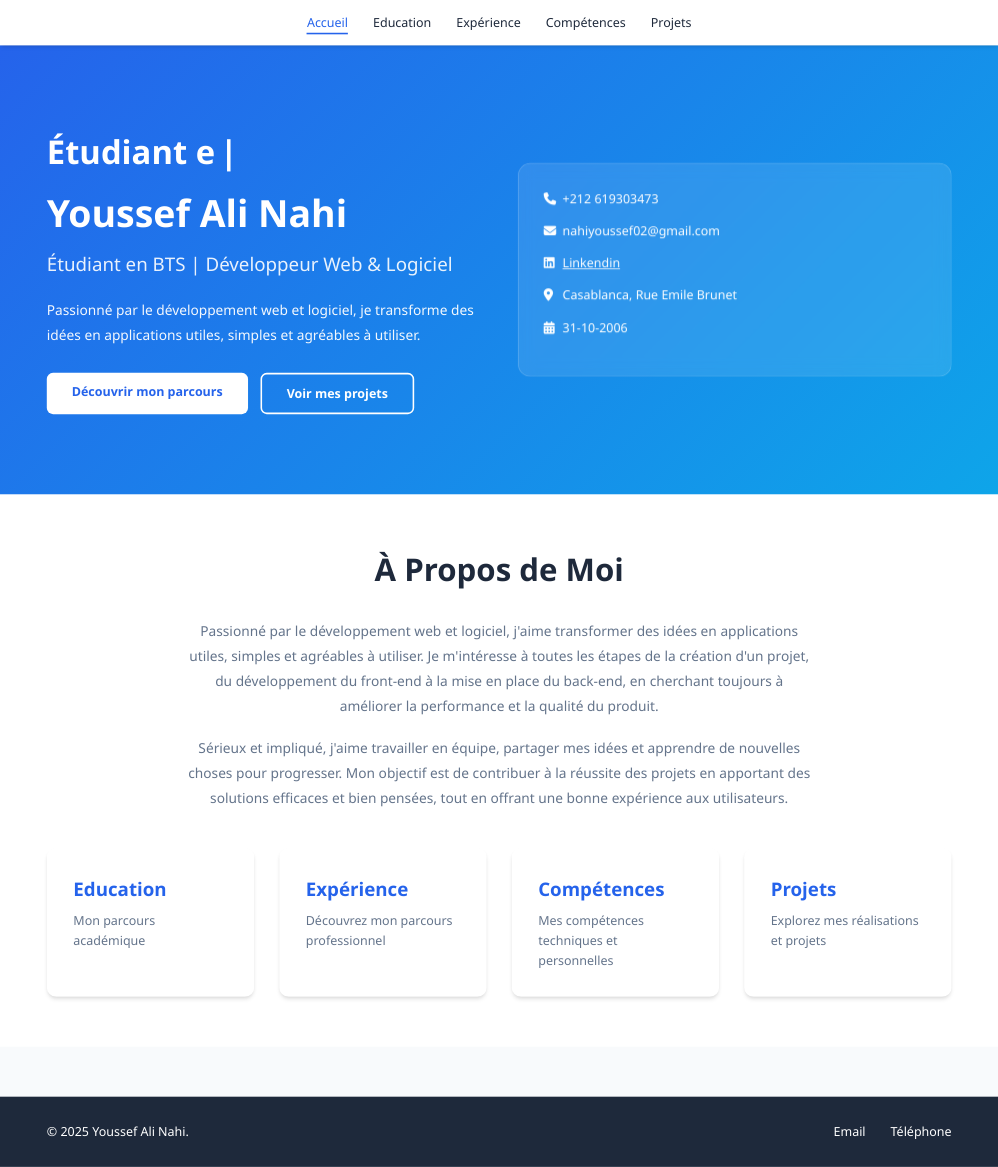
Repository: Youssef-Nahi504/My_Portfolio
Page: index.html
An editor plug-in stored every save of this project. The page is shown before and after the next save, followed by the edit.
The browser window is 1280 px wide. The pictures show the whole page, at 78% of full size.

Above is the page before, as saved 2025-12-21 13:58:46.

### index.html
<!DOCTYPE html>
<html lang="fr">

<head>
    <meta charset="UTF-8">
    <meta name="viewport" content="width=device-width, initial-scale=1.0">
    <title>Youssef Ali Nahi - Portfolio</title>
    <link rel="stylesheet" href="style.css">
    <link rel="stylesheet" href="https://cdnjs.cloudflare.com/ajax/libs/font-awesome/6.5.1/css/all.min.css">
</head>

<body>
    <nav class="navbar">
        <div class="nav-container">
            <ul class="nav-menu">
                <li><a href="index.html" class="active">Accueil</a></li>
                <li><a href="Education.html">Education</a></li>
                <li><a href="experience.html">Expérience</a></li>
                <li><a href="competences.html">Compétences</a></li>
                <li><a href="projets.html">Projets</a></li>
            </ul>
        </div>
    </nav>

    <main>
        <section class="hero">
            <div class="hero-content">
                <div class="hero-text">
                    <h1 id="typing-text"></h1>
                    <h1>Youssef Ali Nahi</h1>
                    <h2>Étudiant en BTS | Développeur Web & Logiciel</h2>
                    <p class="hero-subtitle">Passionné par le développement web et logiciel, je transforme des idées en
                        applications utiles, simples et agréables à utiliser.</p>
                    <div class="hero-buttons">
                        <a href="experience.html" class="btn btn-primary">Découvrir mon parcours</a>
                        <a href="projets.html" class="btn btn-secondary">Voir mes projets</a>
                    </div>
                </div>
                <div class="hero-image">
                    <div class="profile-card">
                        <div class="profile-info">
                            <p><i class="fa-solid fa-phone" style="width: 20px;"></i> +212 619303473</p>
                            <p> <i class="fa-solid fa-envelope" style="width: 20px;"></i> nahiyoussef02@gmail.com</p>
                            <p><i class="fa-brands fa-linkedin" style="width: 20px;"></i> <a href="https://www.linkedin.com/in/youssefalinahi02/" target="_blank" style="color: white;">Linkendin</a></p>
                            <p><i class="fa-solid fa-location-dot" style="width: 20px;"></i> Casablanca, Rue Emile Brunet</p>
                            <p><i class="fa-solid fa-calendar-days" style="width: 20px;"></i> 31-10-2006</p>

                        </div>
                    </div>
                </div>
            </div>
        </section>

        <section class="about">
            <div class="container">
                <h2 class="section-title">À Propos de Moi</h2>
                <div class="about-content">
                    <p>
                        Passionné par le développement web et logiciel, j'aime transformer des idées en applications
                        utiles, simples et agréables à utiliser. Je m'intéresse à toutes les étapes de la création d'un
                        projet, du développement du front-end à la mise en place du back-end, en cherchant toujours à
                        améliorer la performance et la qualité du produit.
                    </p>
                    <p>
                        Sérieux et impliqué, j'aime travailler en équipe, partager mes idées et apprendre de nouvelles
                        choses pour progresser. Mon objectif est de contribuer à la réussite des projets en apportant
                        des solutions efficaces et bien pensées, tout en offrant une bonne expérience aux utilisateurs.
                    </p>
                </div>
                <div class="quick-links">
                    <a href="Education.html" class="quick-link-card">
                        <h3>Education</h3>
                        <p>Mon parcours académique</p>
                    </a>

                    <a href="experience.html" class="quick-link-card">
                        <h3>Expérience</h3>
                        <p>Découvrez mon parcours professionnel</p>
                    </a>
                    <a href="competences.html" class="quick-link-card">
                        <h3>Compétences</h3>
                        <p>Mes compétences techniques et personnelles</p>
                    </a>
                    <a href="projets.html" class="quick-link-card">
                        <h3>Projets</h3>
                        <p>Explorez mes réalisations et projets</p>
                    </a>
                </div>
            </div>
        </section>
    </main>

    <footer>
        <div class="container">
            <p>&copy; 2025 Youssef Ali Nahi.</p>
            <div class="footer-links">
                <a href="mailto:nahiyoussef02@gmail.com">Email</a>
                <a href="tel:+212619303473">Téléphone</a>
            </div>
        </div>
    </footer>

    <script src="file.js"></script>
</body>

</html>

### style.css
* {
    margin: 0;
    padding: 0;
    box-sizing: border-box;
}

:root {
    --primary-color: #2563eb;
    --primary-dark: #1e40af;
    --secondary-color: #64748b;
    --accent-color: #0ea5e9;
    --text-dark: #1e293b;
    --text-light: #64748b;
    --bg-light: #f8fafc;
    --bg-white: #ffffff;
    --border-color: #e2e8f0;
    --shadow: 0 4px 6px -1px rgba(0, 0, 0, 0.1), 0 2px 4px -1px rgba(0, 0, 0, 0.06);
    --shadow-lg: 0 10px 15px -3px rgba(0, 0, 0, 0.1), 0 4px 6px -2px rgba(0, 0, 0, 0.05);
}

body {
    font-family: 'Segoe UI', Tahoma, Geneva, Verdana, sans-serif;
    line-height: 1.6;
    color: var(--text-dark);
    background-color: var(--bg-light);
}

.container {
    max-width: 1200px;
    margin: 0 auto;
    padding: 0 20px;
}

/* Navigation */
.navbar {
    background: var(--bg-white);
    box-shadow: var(--shadow);
    position: sticky;
    top: 0;
    z-index: 1000;
    padding: 1rem 0;
}

.nav-container {
    max-width: 1200px;
    margin: 0 auto;
    padding: 0 20px;
    display: flex;
  justify-content: center; /* horizontal */
  align-items: center;
}

.logo {
    font-size: 1.5rem;
    font-weight: bold;
    color: var(--primary-color);
    letter-spacing: 2px;
}

.nav-menu {
    display: flex;
    list-style: none;
    gap: 2rem;
}

.nav-menu a {
    text-decoration: none;
    color: var(--text-dark);
    font-weight: 500;
    transition: color 0.3s ease;
    position: relative;
}

.nav-menu a:hover,
.nav-menu a.active {
    color: var(--primary-color);
}

.nav-menu a.active::after {
    content: '';
    position: absolute;
    bottom: -5px;
    left: 0;
    width: 100%;
    height: 2px;
    background: var(--primary-color);
}

.hamburger {
    display: none;
    flex-direction: column;
    cursor: pointer;
    gap: 4px;
}

.hamburger span {
    width: 25px;
    height: 3px;
    background: var(--text-dark);
    transition: all 0.3s ease;
}

/* Hero Section */
.hero {
    background: linear-gradient(135deg, var(--primary-color) 0%, var(--accent-color) 100%);
    color: white;
    padding: 4rem 0;
    min-height: 80vh;
    display: flex;
    align-items: center;
}

.hero-content {
    max-width: 1200px;
    margin: 0 auto;
    padding: 0 20px;
    display: grid;
    grid-template-columns: 1fr 1fr;
    gap: 3rem;
    align-items: center;
}

#typing-text {
  font-size: 42px;
  font-weight: 700;
  color: #ffffff;
  min-height: 60px;
}

#typing-text::after {
  content: "|";
  margin-left: 6px;
  animation: blink 1s infinite;
}

@keyframes blink {
  0%, 50%, 100% { opacity: 1; }
  25%, 75% { opacity: 0; }
}

.hero-text h1 {
    font-size: 3rem;
    margin-bottom: 0.5rem;
    font-weight: 700;
}

.hero-text h2 {
    font-size: 1.5rem;
    margin-bottom: 1.5rem;
    opacity: 0.9;
    font-weight: 400;
}

.hero-subtitle {
    font-size: 1.1rem;
    margin-bottom: 2rem;
    opacity: 0.95;
    line-height: 1.8;
}

.hero-buttons {
    display: flex;
    gap: 1rem;
    flex-wrap: wrap;
}

.btn {
    padding: 0.75rem 2rem;
    border-radius: 8px;
    text-decoration: none;
    font-weight: 600;
    transition: all 0.3s ease;
    display: inline-block;
}

.btn-primary {
    background: white;
    color: var(--primary-color);
}

.btn-primary:hover {
    transform: translateY(-2px);
    box-shadow: var(--shadow-lg);
}

.btn-secondary {
    background: transparent;
    color: white;
    border: 2px solid white;
}

.btn-secondary:hover {
    background: white;
    color: var(--primary-color);
}

.profile-card {
    background: rgba(255, 255, 255, 0.1);
    backdrop-filter: blur(10px);
    border-radius: 16px;
    padding: 2rem;
    border: 1px solid rgba(255, 255, 255, 0.2);
}

.profile-info p {
    margin-bottom: 1rem;
    font-size: 1rem;
}

.profile-info strong {
    display: inline-block;
    width: 150px;
}

/* About Section */
.about {
    padding: 4rem 0;
    background: var(--bg-white);
}

.section-title {
    font-size: 2.5rem;
    margin-bottom: 2rem;
    text-align: center;
    color: var(--text-dark);
}

.about-content {
    max-width: 800px;
    margin: 0 auto 3rem;
    text-align: center;
}

.about-content p {
    font-size: 1.1rem;
    color: var(--text-light);
    margin-bottom: 1.5rem;
    line-height: 1.8;
}

.quick-links {
    display: grid;
    grid-template-columns: repeat(auto-fit, minmax(250px, 1fr));
    gap: 2rem;
    margin-top: 3rem;
}

.quick-link-card {
    background: var(--bg-white);
    padding: 2rem;
    border-radius: 12px;
    text-decoration: none;
    color: var(--text-dark);
    box-shadow: var(--shadow);
    transition: all 0.3s ease;
    border: 2px solid transparent;
}

.quick-link-card:hover {
    transform: translateY(-5px);
    box-shadow: var(--shadow-lg);
    border-color: var(--primary-color);
}

.quick-link-card h3 {
    color: var(--primary-color);
    margin-bottom: 0.5rem;
    font-size: 1.5rem;
}

.quick-link-card p {
    color: var(--text-light);
}

/* Page Header */
.page-header {
    background: linear-gradient(135deg, var(--primary-color) 0%, var(--accent-color) 100%);
    color: white;
    padding: 3rem 0;
    text-align: center;
}

.page-header h1 {
    font-size: 3rem;
    margin-bottom: 0.5rem;
}

.page-header p {
    font-size: 1.2rem;
    opacity: 0.9;
}

/* Experience Section */
.experience-section {
    padding: 4rem 0;
    background: var(--bg-white);
}

.timeline {
    position: relative;
    max-width: 900px;
    margin: 0 auto;
    padding: 2rem 0;
}

.timeline::before {
    content: '';
    position: absolute;
    left: 30px;
    top: 0;
    bottom: 0;
    width: 2px;
    background: var(--border-color);
}

.timeline-item {
    position: relative;
    margin-bottom: 3rem;
    padding-left: 80px;
}

.timeline-marker {
    position: absolute;
    left: 22px;
    top: 0;
    width: 16px;
    height: 16px;
    border-radius: 50%;
    background: var(--primary-color);
    border: 4px solid var(--bg-white);
    box-shadow: var(--shadow);
}

.timeline-content {
    background: var(--bg-white);
    padding: 2rem;
    border-radius: 12px;
    box-shadow: var(--shadow);
    transition: all 0.3s ease;
}

.timeline-content:hover {
    box-shadow: var(--shadow-lg);
    transform: translateX(5px);
}

.timeline-date {
    color: var(--primary-color);
    font-weight: 600;
    margin-bottom: 0.5rem;
    font-size: 0.9rem;
}

.timeline-content h3 {
    color: var(--text-dark);
    margin-bottom: 0.25rem;
    font-size: 1.5rem;
}

.timeline-content h4 {
    color: var(--text-light);
    margin-bottom: 1rem;
    font-weight: 500;
}

.timeline-content ul {
    list-style: none;
    padding-left: 0;
}

.timeline-content li {
    padding-left: 1.5rem;
    position: relative;
    margin-bottom: 0.5rem;
    color: var(--text-light);
}

.timeline-content li::before {
    content: '▸';
    position: absolute;
    left: 0;
    color: var(--primary-color);
}

/* Education Section */
.education-section {
    padding: 4rem 0;
    background: var(--bg-light);
}

.education-grid {
    display: grid;
    grid-template-columns: repeat(auto-fit, minmax(300px, 1fr));
    gap: 2rem;
    max-width: 900px;
    margin: 0 auto;
}

.education-card {
    background: var(--bg-white);
    padding: 2rem;
    border-radius: 12px;
    box-shadow: var(--shadow);
    transition: all 0.3s ease;
    border-top: 4px solid var(--primary-color);
}

.education-card:hover {
    transform: translateY(-5px);
    box-shadow: var(--shadow-lg);
}

.education-year {
    color: var(--primary-color);
    font-weight: 600;
    margin-bottom: 1rem;
    font-size: 0.9rem;
}

.education-card h3 {
    color: var(--text-dark);
    margin-bottom: 0.5rem;
    font-size: 1.3rem;
}

.education-card h4 {
    color: var(--text-light);
    margin-bottom: 1rem;
    font-weight: 500;
}

.education-institution {
    color: var(--text-light);
    font-style: italic;
}

/* Skills Section */
.skills-section {
    padding: 4rem 0;
    background: var(--bg-white);
}

.skills-category {
    margin-bottom: 4rem;
}

.category-title {
    font-size: 2rem;
    margin-bottom: 2rem;
    color: var(--text-dark);
    text-align: center;
}

.skills-grid {
    display: grid;
    grid-template-columns: repeat(auto-fit, minmax(250px, 1fr));
    gap: 2rem;
}

.skill-group {
    background: var(--bg-light);
    padding: 1.5rem;
    border-radius: 12px;
    border-top: 4px solid var(--primary-color);
}

.skill-group h3 {
    color: var(--text-dark);
    margin-bottom: 1rem;
    font-size: 1.2rem;
}

.skill-tags {
    display: flex;
    flex-wrap: wrap;
    gap: 0.5rem;
}

.skill-tag {
    background: transparent;
    color: var(--text-light);
    padding: 0;
    border-radius: 0;
    font-size: 1rem;
    font-weight: 500;
}

.soft-skills-grid {
    display: grid;
    grid-template-columns: repeat(auto-fit, minmax(200px, 1fr));
    gap: 1.5rem;
}

.soft-skill-card {
    background: linear-gradient(135deg, var(--primary-color) 0%, var(--accent-color) 100%);
    color: white;
    padding: 2rem;
    border-radius: 12px;
    text-align: center;
    transition: all 0.3s ease;
}

.soft-skill-card:hover {
    transform: translateY(-5px);
    box-shadow: var(--shadow-lg);
}

.soft-skill-card h3 {
    font-size: 1.2rem;
}

.languages-grid,
.interests-grid {
    display: grid;
    grid-template-columns: repeat(auto-fit, minmax(200px, 1fr));
    gap: 1.5rem;
}

.language-card,
.interest-card {
    background: var(--bg-white);
    padding: 2rem;
    border-radius: 12px;
    box-shadow: var(--shadow);
    text-align: center;
    transition: all 0.3s ease;
    border-top: 4px solid var(--primary-color);
}

.language-card:hover,
.interest-card:hover {
    transform: translateY(-5px);
    box-shadow: var(--shadow-lg);
}

.language-card h3,
.interest-card h3 {
    color: var(--text-dark);
    margin-bottom: 0.5rem;
    font-size: 1.3rem;
}

.language-card p {
    color: var(--text-light);
    font-weight: 500;
}

/* Projects Section */
.projects-section {
    padding: 4rem 0;
    background: var(--bg-white);
}

.projects-grid {
    display: grid;
    grid-template-columns: repeat(auto-fit, minmax(300px, 1fr));
    gap: 2rem;
}

.project-card {
    background: var(--bg-white);
    padding: 2rem;
    border-radius: 12px;
    box-shadow: var(--shadow);
    transition: all 0.3s ease;
    border-top: 4px solid var(--primary-color);
    position: relative;
}

.project-badge {
    position: absolute;
    top: 1rem;
    right: 1rem;
    background: linear-gradient(135deg, var(--primary-color) 0%, var(--accent-color) 100%);
    color: white;
    padding: 0.4rem 0.8rem;
    border-radius: 20px;
    font-size: 0.75rem;
    font-weight: 600;
    text-transform: uppercase;
    letter-spacing: 0.5px;
}

.project-card:hover {
    transform: translateY(-5px);
    box-shadow: var(--shadow-lg);
}

.project-icon {
    font-size: 3rem;
    margin-bottom: 1rem;
}

.project-card h3 {
    color: var(--text-dark);
    margin-bottom: 0.75rem;
    font-size: 1.4rem;
}

.project-tech {
    color: var(--primary-color);
    font-weight: 600;
    margin-bottom: 1rem;
    font-size: 0.9rem;
}

.project-description {
    color: var(--text-light);
    line-height: 1.7;
}

/* Footer */
footer {
    background: var(--text-dark);
    color: white;
    padding: 2rem 0;
    margin-top: 4rem;
}

footer .container {
    display: flex;
    justify-content: space-between;
    align-items: center;
    flex-wrap: wrap;
    gap: 1rem;
}

.footer-links {
    display: flex;
    gap: 2rem;
}

.footer-links a {
    color: white;
    text-decoration: none;
    transition: color 0.3s ease;
}

.footer-links a:hover {
    color: var(--accent-color);
}

/* Responsive Design */
@media (max-width: 768px) {
    .hamburger {
        display: flex;
    }

    .nav-menu {
        position: fixed;
        left: -100%;
        top: 70px;
        flex-direction: column;
        background: var(--bg-white);
        width: 100%;
        text-align: center;
        transition: 0.3s;
        box-shadow: var(--shadow);
        padding: 2rem 0;
        gap: 0;
    }

    .nav-menu.active {
        left: 0;
    }

    .nav-menu li {
        margin: 1rem 0;
    }

    .hero-content {
        grid-template-columns: 1fr;
        text-align: center;
    }

    .hero-text h1 {
        font-size: 2rem;
    }

    .hero-text h2 {
        font-size: 1.2rem;
    }

    .section-title {
        font-size: 2rem;
    }

    .page-header h1 {
        font-size: 2rem;
    }

    .timeline::before {
        left: 15px;
    }

    .timeline-item {
        padding-left: 50px;
    }

    .timeline-marker {
        left: 7px;
    }

    .quick-links {
        grid-template-columns: 1fr;
    }

    footer .container {
        flex-direction: column;
        text-align: center;
    }
}

@media (max-width: 480px) {
    .hero {
        padding: 2rem 0;
        min-height: auto;
    }

    .hero-text h1 {
        font-size: 1.5rem;
    }

    .btn {
        padding: 0.6rem 1.5rem;
        font-size: 0.9rem;
    }

    .projects-grid,
    .education-grid {
        grid-template-columns: 1fr;
    }
}

### file.js
// Mobile Navigation Toggle
const hamburger = document.querySelector('.hamburger');
const navMenu = document.querySelector('.nav-menu');

if (hamburger && navMenu) {
    hamburger.addEventListener('click', () => {
        navMenu.classList.toggle('active');

        // Animate hamburger
        const spans = hamburger.querySelectorAll('span');
        if (navMenu.classList.contains('active')) {
            spans[0].style.transform = 'rotate(45deg) translate(5px, 5px)';
            spans[1].style.opacity = '0';
            spans[2].style.transform = 'rotate(-45deg) translate(7px, -6px)';
        } else {
            spans[0].style.transform = 'none';
            spans[1].style.opacity = '1';
            spans[2].style.transform = 'none';
        }
    });

    // Close menu when clicking on a link
    document.querySelectorAll('.nav-menu a').forEach(link => {
        link.addEventListener('click', () => {
            navMenu.classList.remove('active');
            const spans = hamburger.querySelectorAll('span');
            spans[0].style.transform = 'none';
            spans[1].style.opacity = '1';
            spans[2].style.transform = 'none';
        });
    });

    // Close menu when clicking outside
    document.addEventListener('click', (e) => {
        if (!hamburger.contains(e.target) && !navMenu.contains(e.target)) {
            navMenu.classList.remove('active');
            const spans = hamburger.querySelectorAll('span');
            spans[0].style.transform = 'none';
            spans[1].style.opacity = '1';
            spans[2].style.transform = 'none';
        }
    });
}

// Smooth scroll for anchor links
document.querySelectorAll('a[href^="#"]').forEach(anchor => {
    anchor.addEventListener('click', function (e) {
        e.preventDefault();
        const target = document.querySelector(this.getAttribute('href'));
        if (target) {
            target.scrollIntoView({
                behavior: 'smooth',
                block: 'start'
            });
        }
    });
});

// Add scroll animation
const observerOptions = {
    threshold: 0.1,
    rootMargin: '0px 0px -50px 0px'
};

const observer = new IntersectionObserver((entries) => {
    entries.forEach(entry => {
        if (entry.isIntersecting) {
            entry.target.style.opacity = '1';
            entry.target.style.transform = 'translateY(0)';
        }
    });
}, observerOptions);

// Observe elements for animation
document.addEventListener('DOMContentLoaded', () => {
    const animateElements = document.querySelectorAll('.project-card, .education-card, .timeline-item, .skill-group, .soft-skill-card, .language-card, .interest-card, .quick-link-card');

    animateElements.forEach(el => {
        el.style.opacity = '0';
        el.style.transform = 'translateY(20px)';
        el.style.transition = 'opacity 0.6s ease, transform 0.6s ease';
        observer.observe(el);
    });
});

// Add active page highlighting
document.addEventListener('DOMContentLoaded', () => {
    const currentPage = window.location.pathname.split('/').pop() || 'index.html';
    const navLinks = document.querySelectorAll('.nav-menu a');

    navLinks.forEach(link => {
        const linkPage = link.getAttribute('href');
        if (linkPage === currentPage || (currentPage === '' && linkPage === 'index.html')) {
            link.classList.add('active');
        } else {
            link.classList.remove('active');
        }
    });
});

const texts = [
  "Youssef Ali Nahi",
  "Étudiant en BTS",
  "Développeur Web & Logiciel"
];

let textIndex = 0;
let charIndex = 0;
let isDeleting = false;

const typingElement = document.getElementById("typing-text");

function typeEffect() {
  const currentText = texts[textIndex];

  if (!isDeleting) {
    typingElement.textContent = currentText.substring(0, charIndex + 1);
    charIndex++;

    if (charIndex === currentText.length) {
      setTimeout(() => isDeleting = true, 1200);
    }
  } else {
    typingElement.textContent = currentText.substring(0, charIndex - 1);
    charIndex--;

    if (charIndex === 0) {
      isDeleting = false;
      textIndex = (textIndex + 1) % texts.length;
    }
  }

  setTimeout(typeEffect, isDeleting ? 50 : 100);
}

typeEffect();

After the next save:
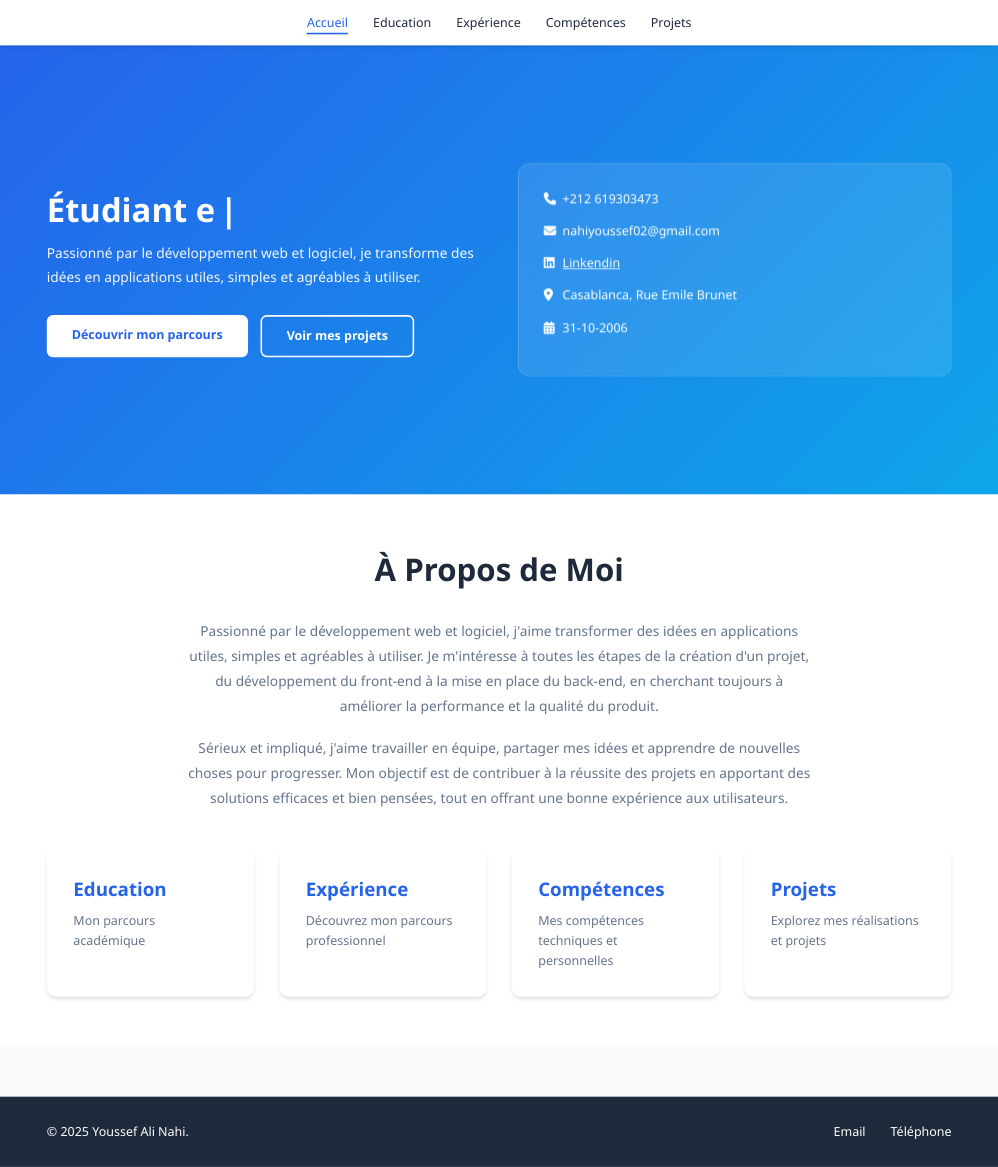
Saved 13 min 50 s later.
--- a/index.html
+++ b/index.html
@@ -27,8 +27,8 @@
             <div class="hero-content">
                 <div class="hero-text">
                     <h1 id="typing-text"></h1>
-                    <h1>Youssef Ali Nahi</h1>
-                    <h2>Étudiant en BTS | Développeur Web & Logiciel</h2>
+                    <!-- <h1>Youssef Ali Nahi</h1>
+                    <h2>Étudiant en BTS | Développeur Web & Logiciel</h2> -->
                     <p class="hero-subtitle">Passionné par le développement web et logiciel, je transforme des idées en
                         applications utiles, simples et agréables à utiliser.</p>
                     <div class="hero-buttons">
